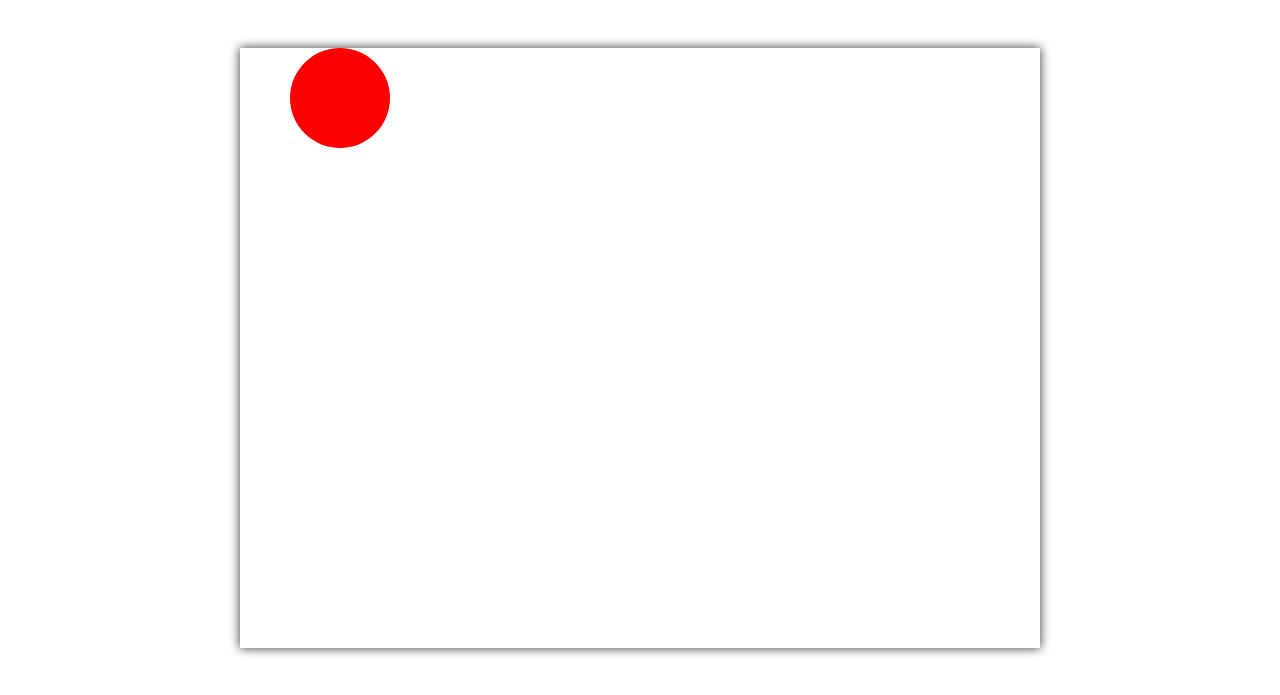
Repository: fangYiYuan/javascript-
Page: canvas/10.圆形碰撞.html
These files come from the project's save history. The page is drawn as it stood at one moment and after the next save; the edit follows.
The browser window is 1280 px wide. The pictures show the whole page.

Above is the page before, as saved 2020-04-15 10:46:57.

After the next save:
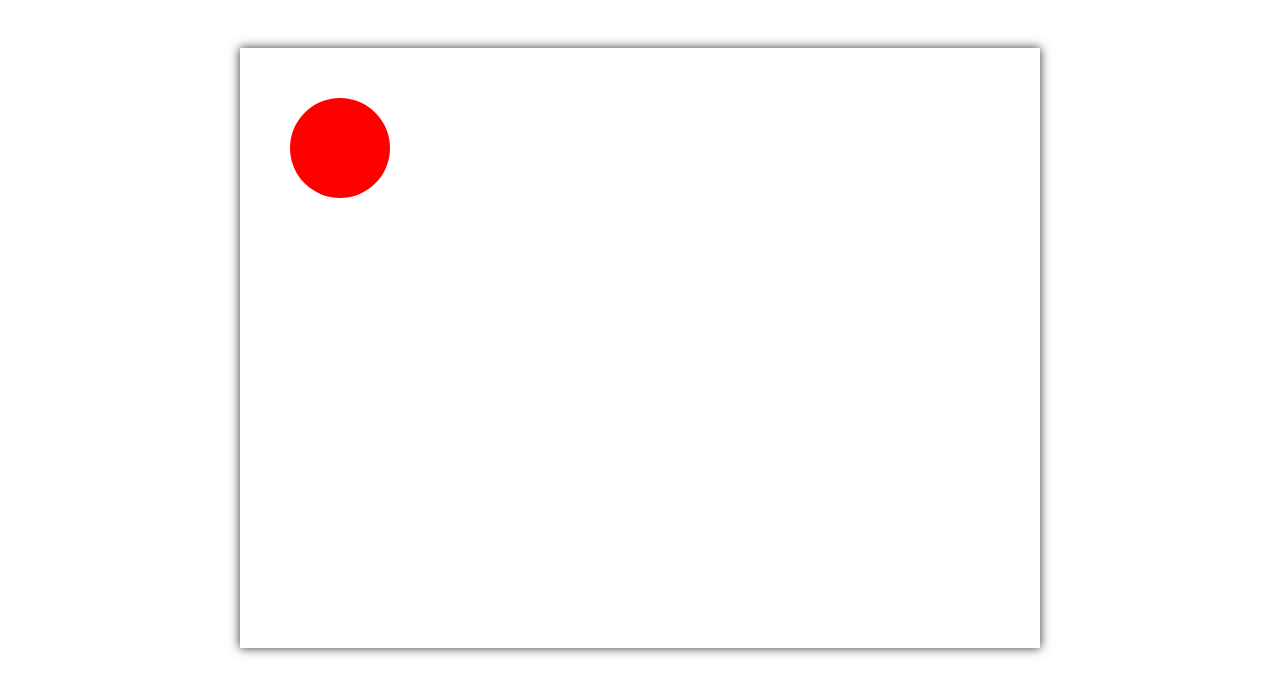
Saved 22 s later.
--- a/canvas/10.圆形碰撞.html
+++ b/canvas/10.圆形碰撞.html
@@ -44,8 +44,8 @@
       this.speed *= -1
     }
   }
-  let balla = new Ball(100, 50, 50, 2, 'red')
-  let ballb = new Ball(600, 50, 50, 2, 'blue')
+  let balla = new Ball(100, 100, 50, 2, 'red')
+  let ballb = new Ball(600, 100, 50, 2, 'blue')
   balla.draw()
   function moveTo () {
     con.clearRect(0, 0, draw.width, draw.height)
